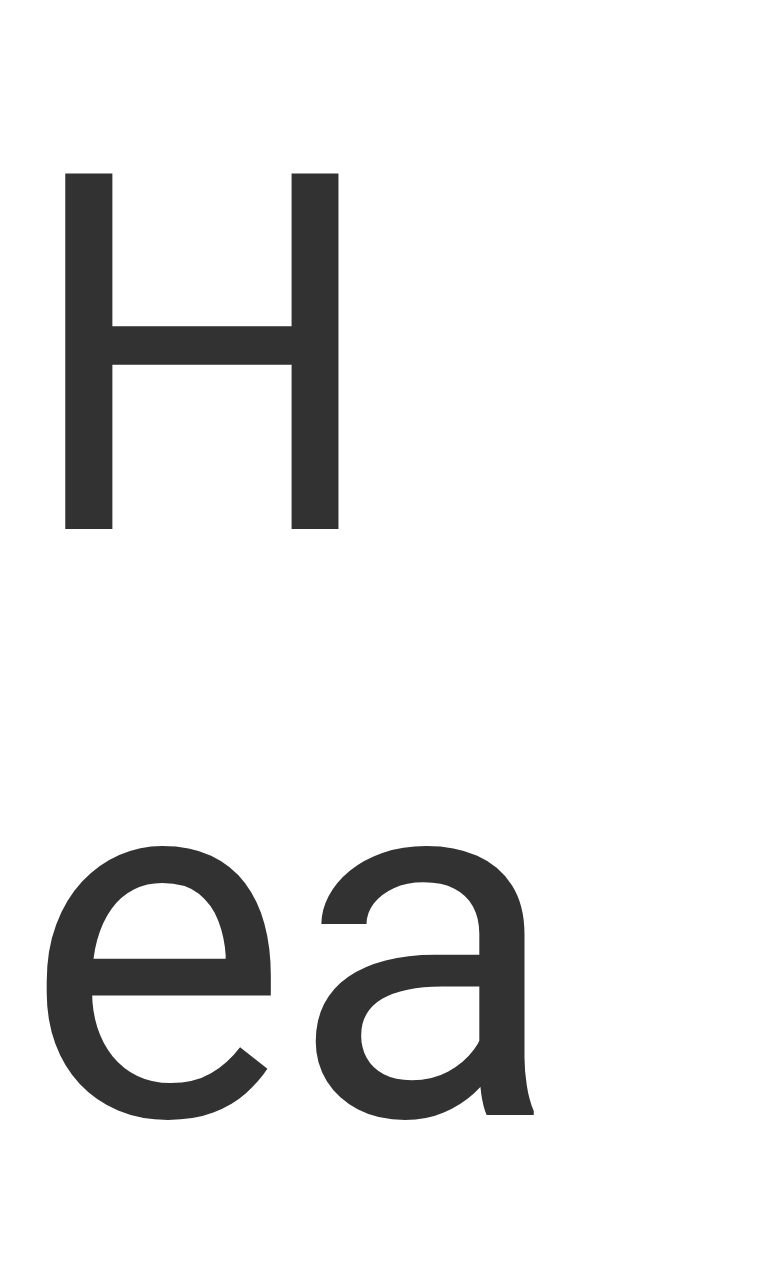
Repository: wangyuan0915/ER
Layout: workspace2/phase3/res/layout/activity_patient_record_help.xml
The author's editor kept a copy of each file at every save. The layout is drawn from the files as they stood at one save, then again after the next save.
It is drawn on a 768 x 1280 px phone screen (xhdpi) without system bars, with theme AppTheme; the app's code is not run.

Above is the layout before, as saved 2013-11-26 23:04:40.

### workspace2/phase3/res/layout/activity_patient_record_help.xml
<?xml version="1.0" encoding="utf-8"?>
<RelativeLayout
	android:id="@+id/RelativeLayout01"
	android:layout_width="fill_parent"
	xmlns:android="http://schemas.android.com/apk/res/android"
	android:layout_height="wrap_content"
	android:paddingBottom="4dip"
	android:paddingLeft="12dip"
	android:paddingRight="12dip">

<TextView
    android:id="@+id/num"
    android:layout_width="fill_parent"
    android:layout_height="wrap_content"
    android:text="@string/Health_Card_Number"
    android:textSize="250sp" />

<TextView
    android:id="@+id/patient_information_view"
    android:layout_width="fill_parent"
    android:layout_height="wrap_content"
    android:layout_below="@+id/num"
    android:text="@string/patient_information"
    android:textSize="15sp"/>

</RelativeLayout>

### workspace2/phase3/res/values/strings.xml
<?xml version="1.0" encoding="utf-8"?>
<resources>

    <string name="app_name">phase3</string>
    <string name="action_settings">Settings</string>
    <string name="hello_world">Hello world!</string>
    <string name="Login">Login</string>
    <string name="username">username</string>
    <string name="password">password</string>
    <string name="Nurse">Nurse</string>
    <string name="Physician">Physician</string>
    <string name="login">login</string>
    <string name="title_activity_choice">ChoiceActivity</string>
    <string name="title_activity_physician__choice">Physician_ChoiceActivity</string>
    <string name="Hello">Hello</string>
    <string name="Add_a_new_patient">Add a new patient</string>
    <string name="Add_VitalSign">Add VitalSign</string>
    <string name="title_activity_new_patient">NewPatientActivity</string>
    <string name="title_activity_add_vital_sign">AddVitalSignActivity</string>
    <string name="New_Patient">New Patient</string>
    <string name="patient_name">patient\'s name</string>
    <string name="Health_Card_Number">Health Card Number</string>
    <string name="Birthday">Birthday</string>
    <string name="Year">Year</string>
    <string name="Month">Month</string>
    <string name="Day">Day</string>
    <string name="Date">Date</string>
    <string name="Time">Time</string>
    <string name="Hour">Hour</string>
    <string name="Minute">Minute</string>
    <string name="Submit">Submit</string>
    <string name="VitalSign">VitalSign</string>
    <string name="Temperature">Temperature</string>
    <string name="Systolic">Systolic</string>
    <string name="Diastolic">Diastolic</string>
    <string name="Heartrate">Heartrate</string>
    <string name="View_Patient_Record">View Patient\'s Record</string>
    <string name="Add_Prescription">Add Prescription</string>
    <string name="title_activity_view_patient_record">ViewPatientRecord</string>
    <string name="title_activity_add_prescription">AddPrescription</string>
    <string name="Medication">Medication</string>
    <string name="Instruction">Instruction</string>
    <string name="Urgency_List">Urgency List</string>
    <string name="Record_check_in_time">Record Check-inTime</string>
    <string name="title_activity_urgency_list">UrgencyListActivity</string>
    <string name="title_activity_check_time">CheckTimeActivity</string>
    <string name="urgency_score">Urgency Score</string>
    <string name="patient_information">Patient Information</string>
    <string name="title_activity_patient_record">PatientRecordActivity</string>

</resources>

Loaded but not shown: workspace2/phase3/res/values/styles.xml (common file); workspace2/phase3/res/values-v11/styles.xml (common file); workspace2/phase3/res/values-v14/styles.xml (common file)

After the next save:
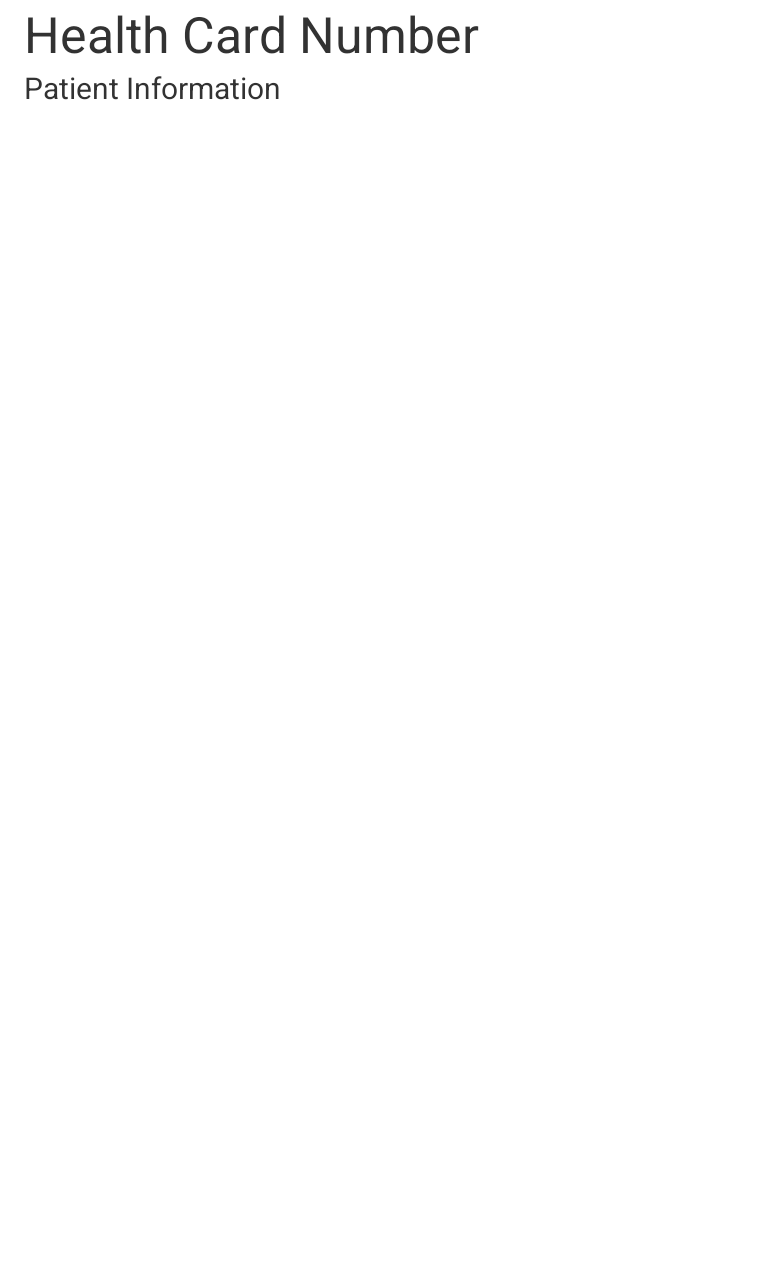
Saved 8 s later.
--- a/workspace2/phase3/res/layout/activity_patient_record_help.xml
+++ b/workspace2/phase3/res/layout/activity_patient_record_help.xml
@@ -13,7 +13,7 @@
     android:layout_width="fill_parent"
     android:layout_height="wrap_content"
     android:text="@string/Health_Card_Number"
-    android:textSize="250sp" />
+    android:textSize="25sp" />
 
 <TextView
     android:id="@+id/patient_information_view"
